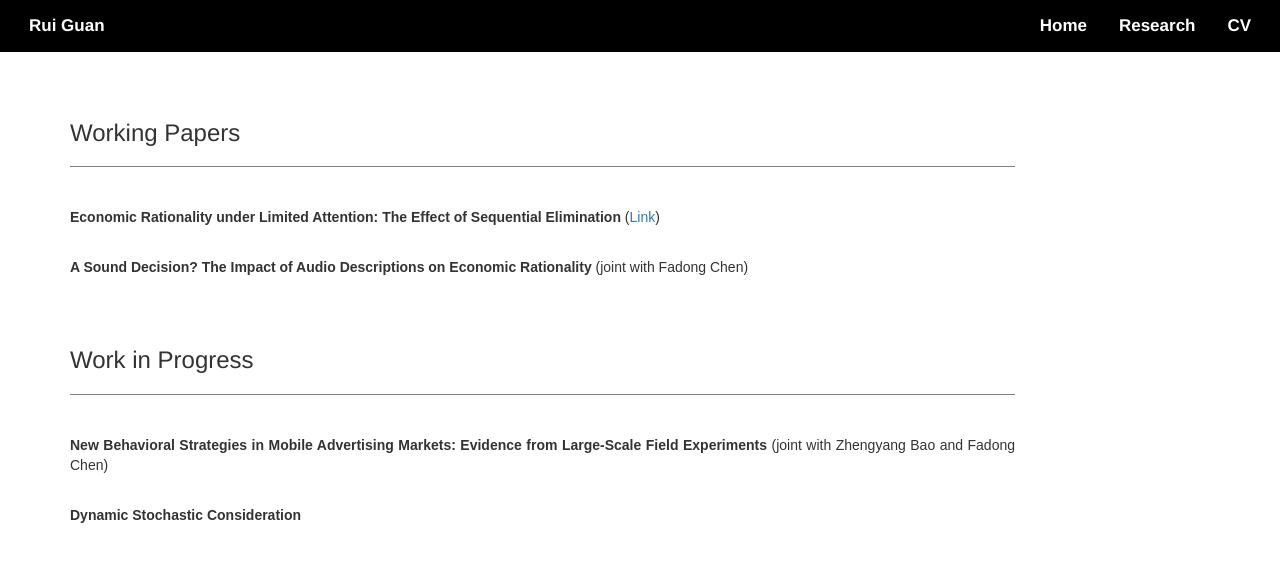
Repository: rui-guan/rui-guan.github.io
Page: research.html
These files come from the project's save history. The page is drawn as it stood at one moment and after the next save; the edit follows.
The browser window is 1280 px wide. The pictures show the whole page.

Above is the page before, as saved 2024-04-28 15:55:39.

After the next save:
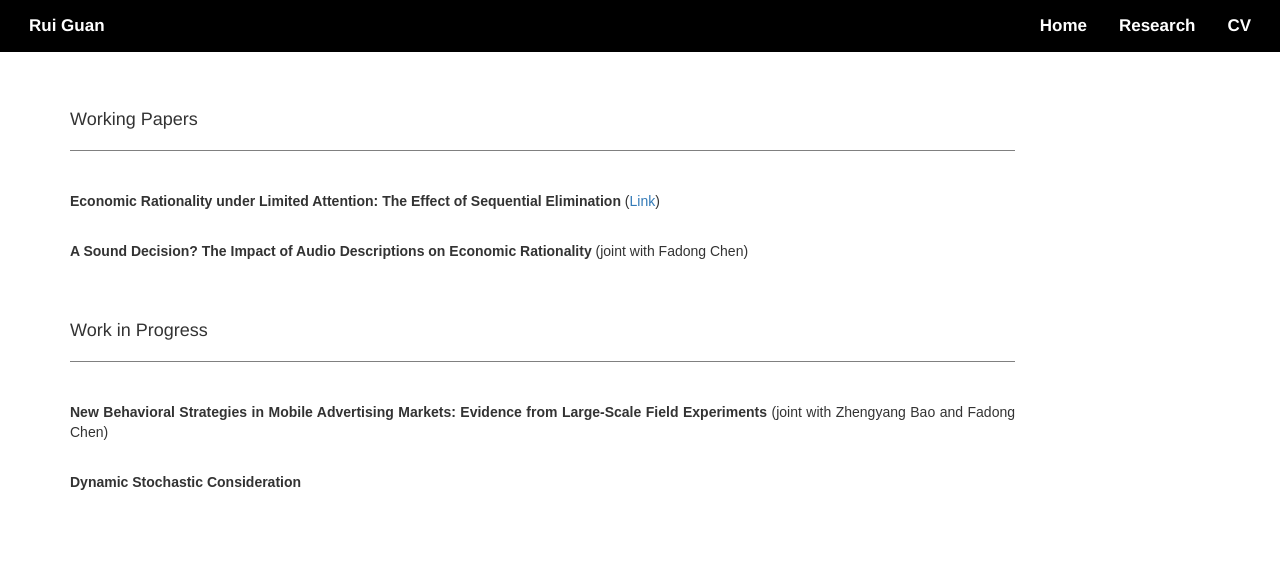
Saved 12 s later.
--- a/research.html
+++ b/research.html
@@ -81,7 +81,7 @@
 
         <div class="row">
             <div class="col-md-10" style="height">
-                <h3 id="slides">Working Papers</h3>
+                <h4 id="slides">Working Papers</h4>
                 <hr style="height:1px;border-width:0;color:gray;background-color:gray">
                 <br>
                 <p>
@@ -93,7 +93,7 @@
                 </p>
                 <br>
                 <br>
-                <h3 id="slides">Work in Progress</h3>
+                <h4 id="slides">Work in Progress</h4>
                 <hr style="height:1px;border-width:0;color:gray;background-color:gray">
                 <br>
                 <p>

After the save that followed:
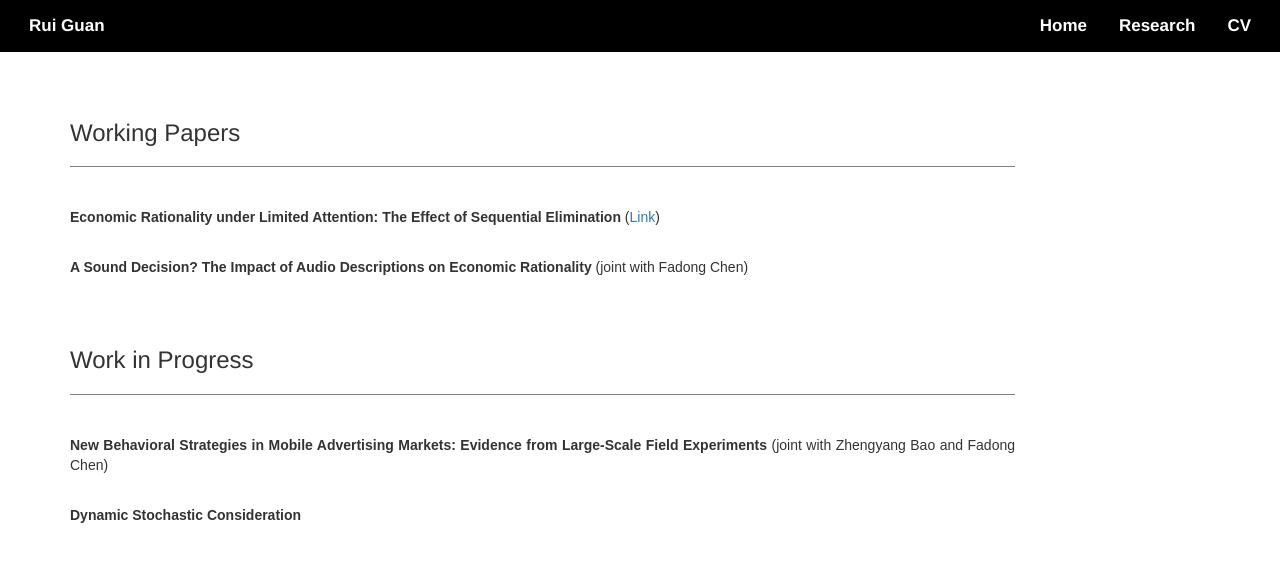
Saved 6 s later.
--- a/research.html
+++ b/research.html
@@ -81,7 +81,7 @@
 
         <div class="row">
             <div class="col-md-10" style="height">
-                <h4 id="slides">Working Papers</h4>
+                <h3 id="slides">Working Papers</h3>
                 <hr style="height:1px;border-width:0;color:gray;background-color:gray">
                 <br>
                 <p>
@@ -93,7 +93,7 @@
                 </p>
                 <br>
                 <br>
-                <h4 id="slides">Work in Progress</h4>
+                <h3 id="slides">Work in Progress</h3>
                 <hr style="height:1px;border-width:0;color:gray;background-color:gray">
                 <br>
                 <p>
